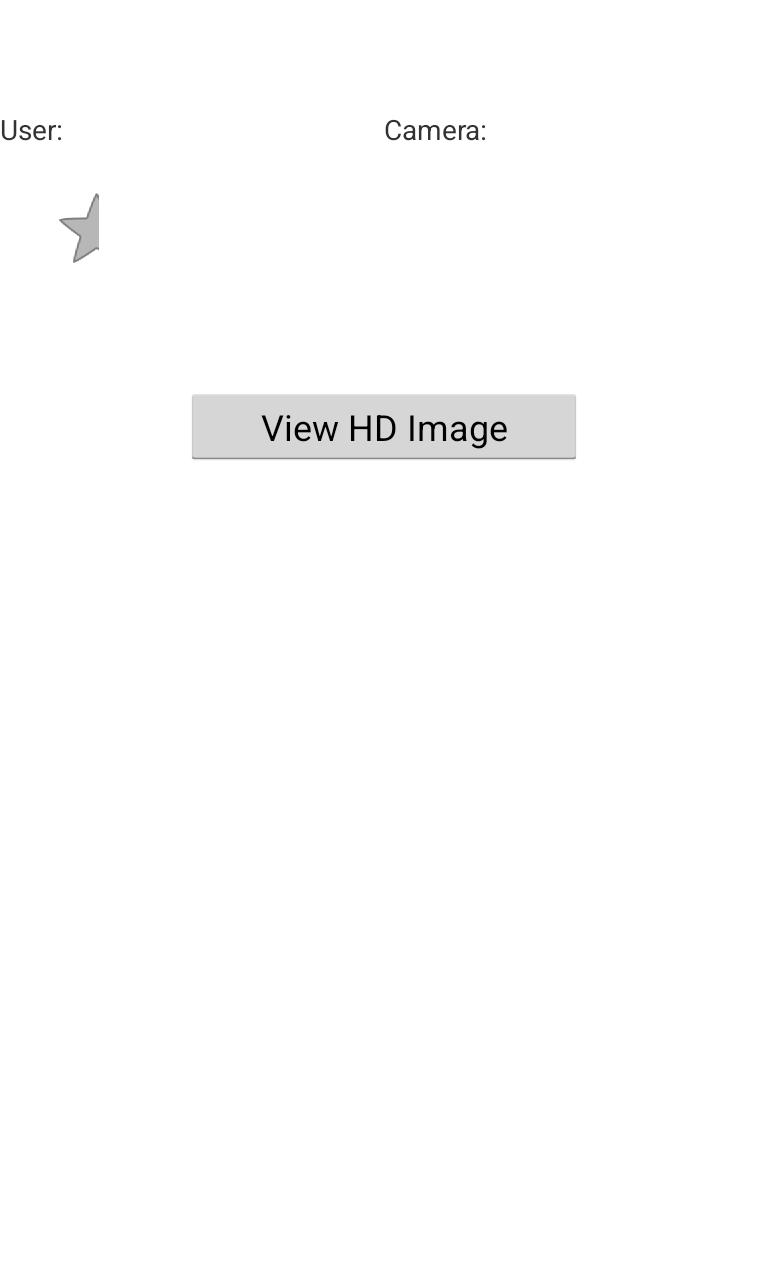
Repository: arianaantonio/Java2_Antonio
Layout: SpaceImageViewer/res/layout/details_activity.xml
An editor plug-in stored every save of this project. The layout is shown before and after the next save, followed by the edit.
It is drawn on a 768 x 1280 px phone screen (xhdpi) without system bars, with theme AppTheme; the app's code is not run.

Above is the layout before, as saved 2014-07-16 02:23:46.

After the next save:
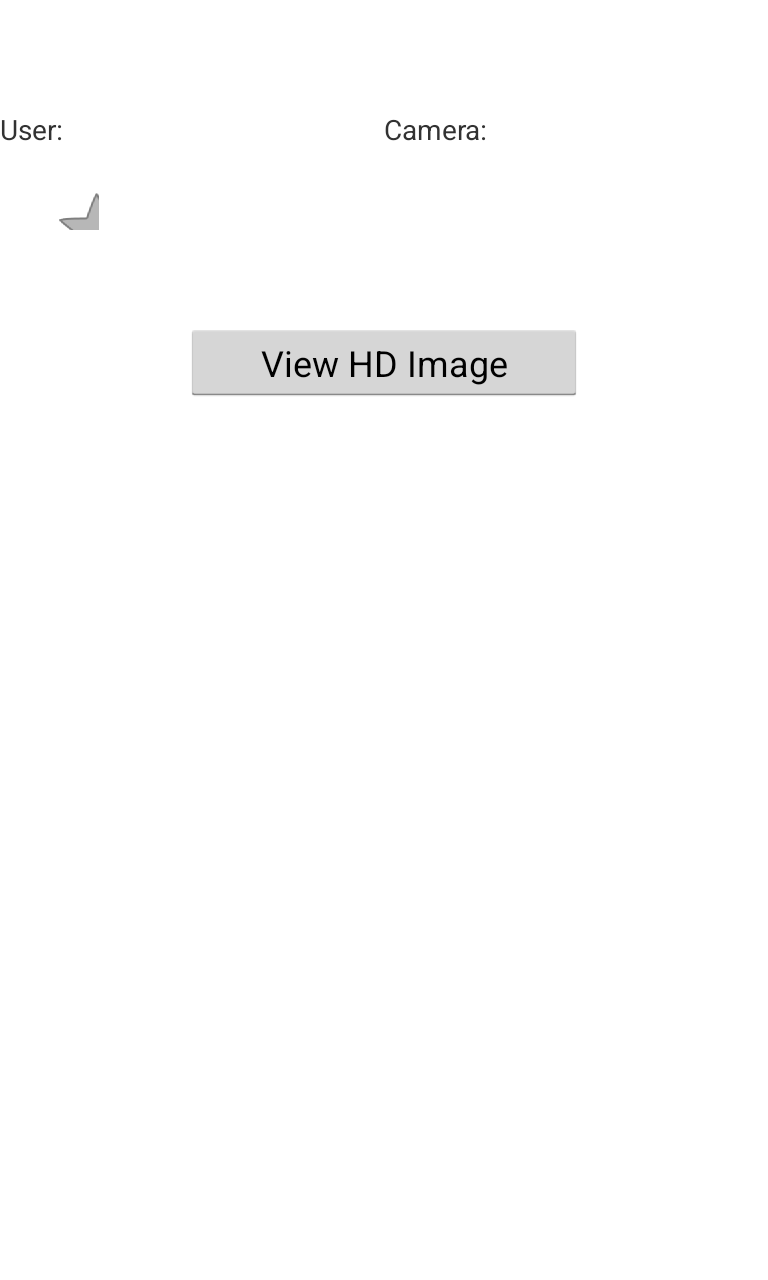
Saved 12 s later.
--- a/SpaceImageViewer/res/layout/details_activity.xml
+++ b/SpaceImageViewer/res/layout/details_activity.xml
@@ -65,7 +65,7 @@
     <RatingBar
         android:id="@+id/ratingBar"
         android:layout_width="25dp"
-        android:layout_height="wrap_content"
+        android:layout_height="25dp"
         android:layout_alignRight="@+id/userName"
         android:layout_below="@+id/user"
         android:layout_marginTop="16dp"
